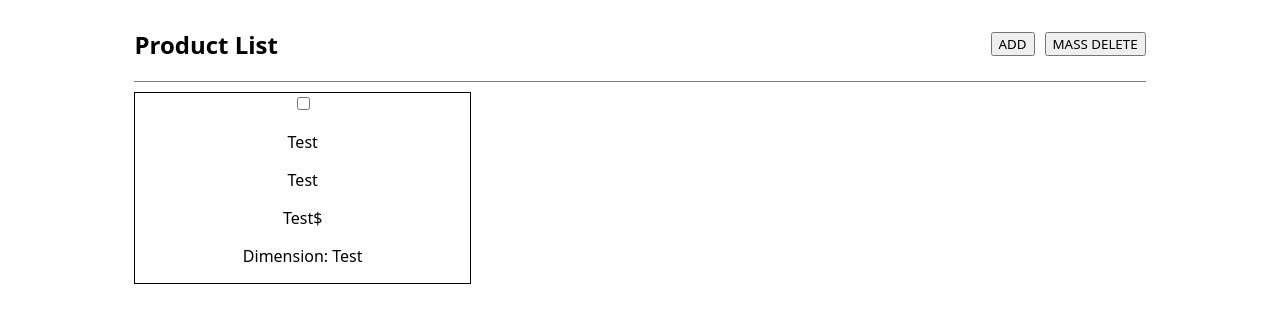
Repository: gabyto19/scandiweb
Page: http://localhost/
The author's editor kept a copy of each file at every save. The page is drawn from the files as they stood at one save, then again after the next save.
The browser window is 1280 px wide. The pictures show the whole page.
The page is run by PHP 8.4 with error messages shown; the project is at /var/www/html/.

Above is the page before, as saved 2023-03-07 18:29:35.

After the next save:
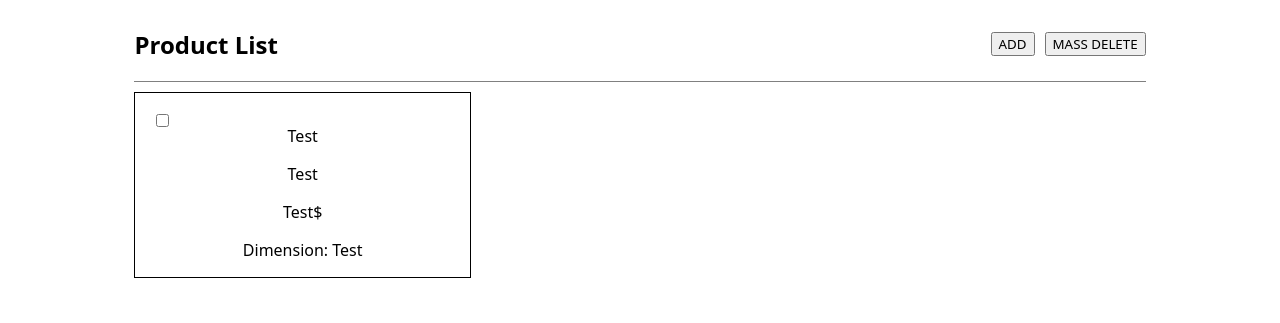
Saved 2 min 59 s later.
--- a/index.php
+++ b/index.php
@@ -58,4 +58,10 @@
     text-align: center;
     border: solid 1px;
   }
+  .grid-container input{
+    display: block;
+    position: relative;
+    left: 5%;
+    top: 10%;
+  }
 </style>
